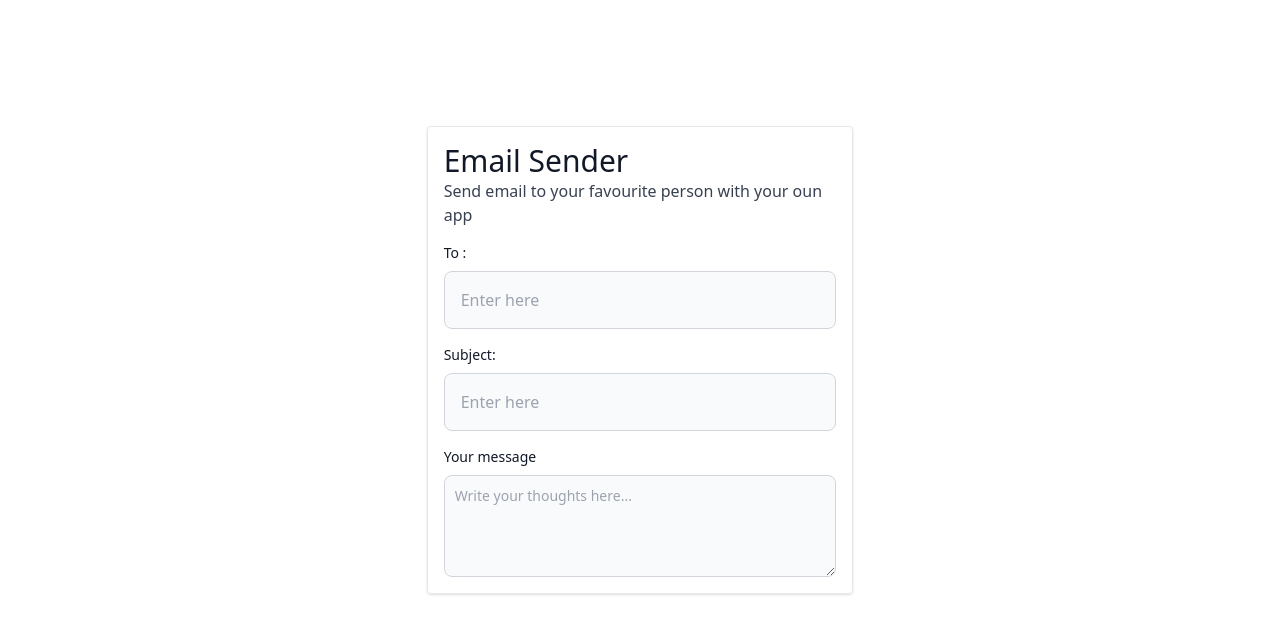
Repository: vikas-1234/EmailReactProject
Page: / (app in email-sender/)
These files come from the project's save history. The page is drawn as it stood at one moment and after the next save; the edit follows.
The browser window is 1280 px wide. The pictures show the whole page.
The project was rebuilt for these pictures with package versions that can differ from the ones it lists, and the page was loaded fresh each time. Also part of the build but not shown: email-sender/vite.config.js, email-sender/src/App.css.

Above is the page before, as saved 2024-04-20 15:01:49.

After the next save:
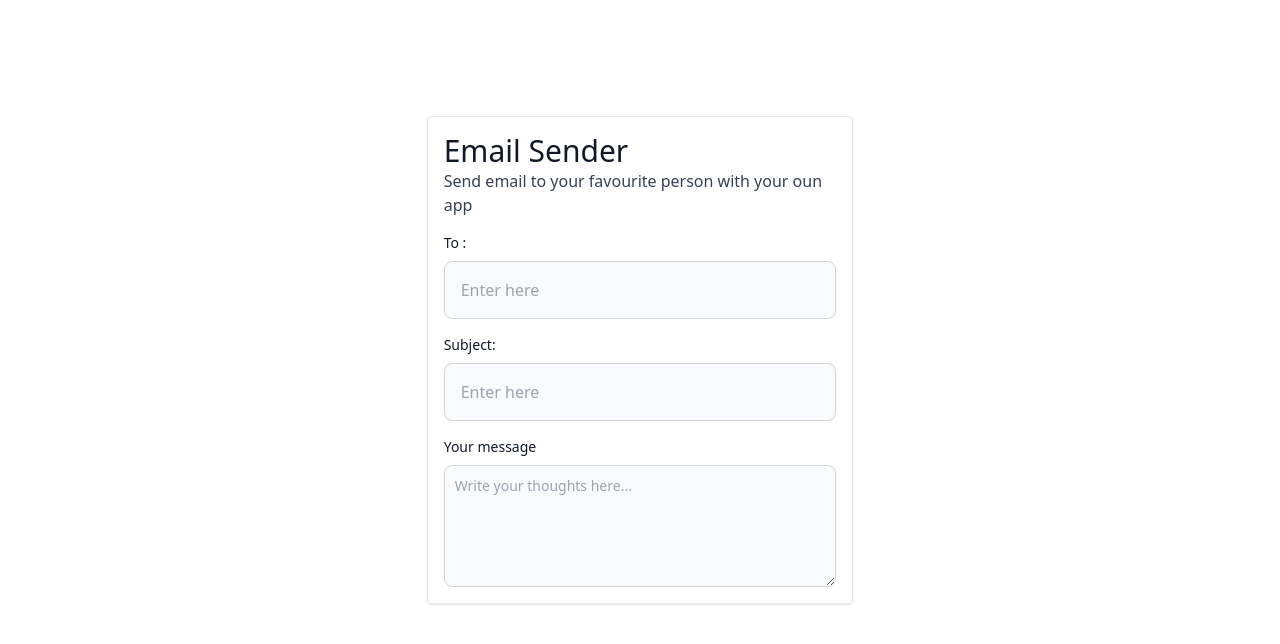
Saved 39 s later.
--- a/email-sender/src/components/EmailSender.jsx
+++ b/email-sender/src/components/EmailSender.jsx
@@ -32,7 +32,7 @@ function EmailSender() {
 
 <div className="form_field mt-4">
 <label for="message" class="block mb-2 text-sm font-medium text-gray-900 dark:text-white">Your message</label>
-<textarea id="message" rows="4" class="block p-2.5 w-full text-sm text-gray-900 bg-gray-50 rounded-lg border border-gray-300 focus:ring-blue-500 focus:border-blue-500 dark:bg-gray-700 dark:border-gray-600 dark:placeholder-gray-400 dark:text-white dark:focus:ring-blue-500 dark:focus:border-blue-500" placeholder="Write your thoughts here..."></textarea>
+<textarea id="message" rows="5" class="block p-2.5 w-full text-sm text-gray-900 bg-gray-50 rounded-lg border border-gray-300 focus:ring-blue-500 focus:border-blue-500 dark:bg-gray-700 dark:border-gray-600 dark:placeholder-gray-400 dark:text-white dark:focus:ring-blue-500 dark:focus:border-blue-500" placeholder="Write your thoughts here..."></textarea>
 
 </div>
 
